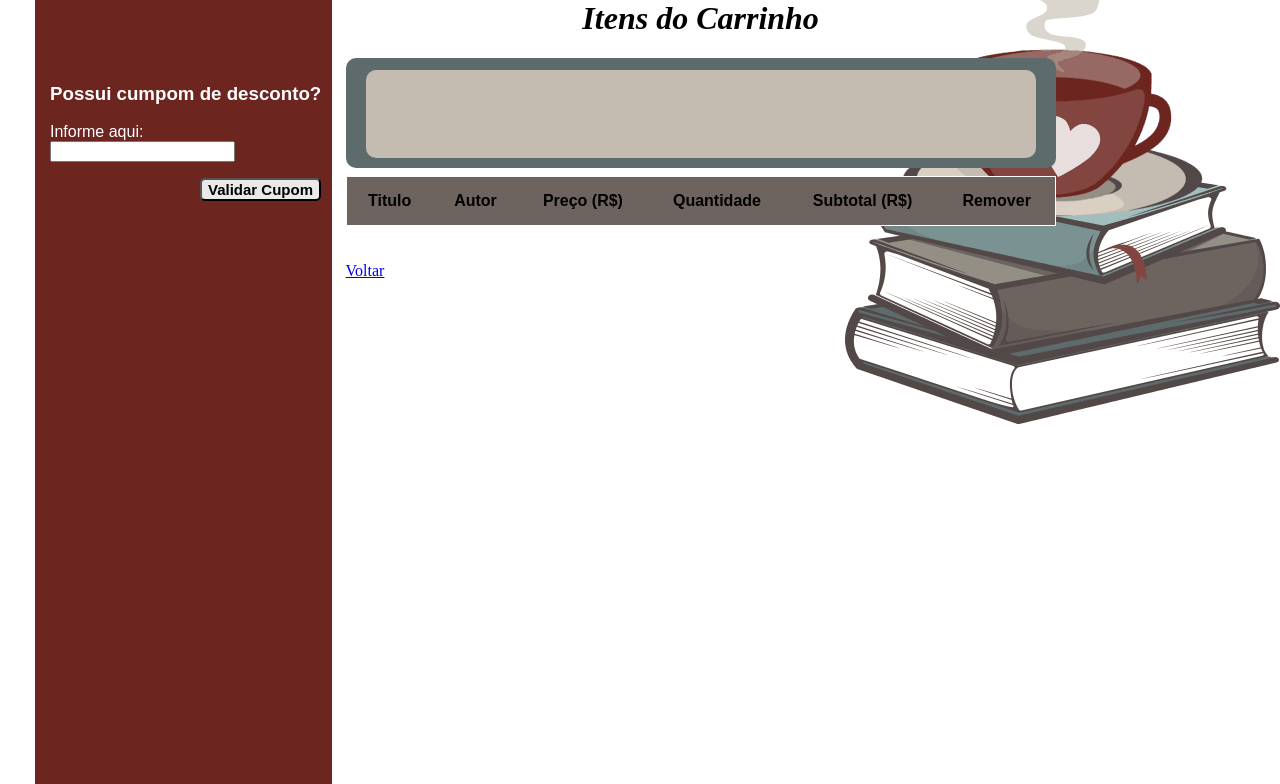
Repository: gabriellacrystina/ProjetoTegra
Page: http://localhost/book-store/meuCarrinho.jsp
The author's editor kept a copy of each file at every save. The page is drawn from the files as they stood at one save, then again after the next save.
The browser window is 1280 px wide. The pictures show the whole page.
The page is served by Tomcat 9. Nobody is signed in. The application's start-up code is not run. Other server files are loaded and not shown. The template is opened directly, without the code that normally fills it, so the values that code supplies are empty.

Above is the page before, as saved 2016-07-07 22:28:54.

### book-store/WebContent/meuCarrinho.jsp
<%@ page language="java" contentType="text/html; charset=ISO-8859-1"
    pageEncoding="ISO-8859-1"%>
<%@ page import="model.Item" %>
<%@ page import="java.util.ArrayList" %>
<%@ taglib uri="http://java.sun.com/jsp/jstl/core" prefix="c" %>

<!DOCTYPE html PUBLIC "-//W3C//DTD HTML 4.01 Transitional//EN" "http://www.w3.org/TR/html4/loose.dtd">
<html>
	<head>
		<meta http-equiv="Content-Type" content="text/html; charset=ISO-8859-1">
		<link rel="stylesheet" type="text/css" href="book-store-style.css">
		<title>Carrinho</title>
	</head>
	<body>
			<section class="desconto" >
				<h3>Possui cumpom de desconto?</h3>
				<p>Informe aqui: <input type="text" id="cupom" maxlength="15"></p>
				<button class="btn" type="submit">Validar Cupom</button>
			</section>

			<h1>Itens do Carrinho</h1>

			<div class="my-cart">
				<div class="carrinho">

				</div>
			</div>
			<table id="tbl-books">
			  <tr>
			    <th>Titulo</th>
			    <th>Autor</th>
			    <th>Preço (R$)</th>
			    <th>Quantidade</th>
			    <th>Subtotal (R$)</th>
			    <th>Remover</th>
			  </tr>
		  		<c:forEach var="item" items="${listaItens}">
		  			<tr class="livros">
						<td class="nome-livro">${item.getProduto().getTitulo()}</td>
						<td class="nome-autor">${item.getProduto().getAutor()}</td>
						<td class="preco">${item.getProduto().getPreco()}</td>
						<td class="quantidade">${item.getQuantidade()}</td>
						<td class="subtotal">${item.getSubtotal()}</td>
						<td>
							<form action="MeuCarrinho" method="post">
								<input type="hidden" name="id-livro" value="${item.getProduto().getId()}"/>
								<button class="btn btn-comprar" type="submit">Remover</button>
							</form>
						</td>
					</tr>
		  		</c:forEach>
			</table>
			<br>

			<br><a href="index.jsp">Voltar</a>
	</body>
</html>

### book-store/WebContent/book-store-style.css
@CHARSET "ISO-8859-1";

body {
	background-image: url("img/back.png");
	background-repeat: no-repeat;
	background-position: right top;
	background-attachment: initial;
    width: 710px;
    margin-top: 0px;
    margin-left: 27%;
	margin-right: auto;
}

h1 {
	font-style: oblique;
	text-align: center;
    color: #000000;
    margin-top: 0px;
    font-family: cursive;
}

h2{
	text-align: center;
	font-family: cursive;
    font-size: -webkit-xxx-large;
    color: #5D6B6C;
}

h5{
	color: #000000;
	font-size: x-large;
}

h4{
	color: #1b1919;
	text-align: center;
    font-size: x-large;
    font-family: cursive;

}

#tbl-books {
	width: 100%;
	font-family: "Arial", "Helvetica", sans-serif;
	border: 1px solid #ffffff;
    border-collapse: collapse;
}

#tbl-books tr:nth-child(even){
	background-color: #FFFFFF
}

#tbl-books tr:nth-child(odd){
	background-color: #6D6460;
}

th, td {
    padding: 15px;
    text-align: center;
}


.nome-livro{
	text-align: left;
}

.my-cart{
	width: 100%;
	height: 110px;
	border-radius: 10px;
    padding: 12px 20px;
    margin: 8px 0;
    box-sizing: border-box;
	background-color: #5D6B6C;
	margin-left: auto;
	margin-right: auto;
}
.cart{
	float: right;
	background-color: #c4bcb0;
	border-radius: 10px;
	padding-left: 10px;
	padding-bottom: 5px;
	margin-left: auto;
	margin-right: auto;
}

.carrinho{
	background-color: #c4bcb0;
	height: 90%;
	text-align: left;
	border-radius: 10px;
	padding-top: 10px;
	padding-left: 10px;
	padding-right: 10px;
	font: small-caption;
    font-weight: 700;
}

#lbl-meu-carrinho{
	font-size: 20px;
	font-weight: bold;
}

.btn {
	font-family: "Arial", "Helvetica", sans-serif;
	border-radius: 5px;
	font-size: 15px;
	font-weight: bold;
	margin-left: 150px;
	margin-right: 5px;
	background-color: #e9e9e9;
}

.btn-comprar{
	margin-left: 10%;
}

.btn-validarCumpom{
	margin-left: 60%;
}

.btn-concluirCompra{
	float: right;
	margin-top: -10px;
	margin-left: 70%;
}
.it-carrinho{
	margin-right: 150px;
}

.img-desconto{
	background-image: url("img/desconto.jpg");
	width: 10%;
	top:5px;
	left:20px;
	position:absolute;
}

#img-descricao{
	color: #ffffff;
	font-size: 10px;
}

h3, p{
	color: #ffffff;
	font-family: "Arial", "Helvetica", serif;
}

.desconto{
	margin-top: 0px;
	background-color: #6D2520;
	width: 22%;
	height: 100%;
	left:35px;
	text-align: left;
	padding-top: 5%;
	padding-left: 15px;
	position:absolute;
}

#img-desconto{
	padding-top: 20%;
	width: 100%;

}
.titulo-livro{
	font-size: larger;
}

After the next save:
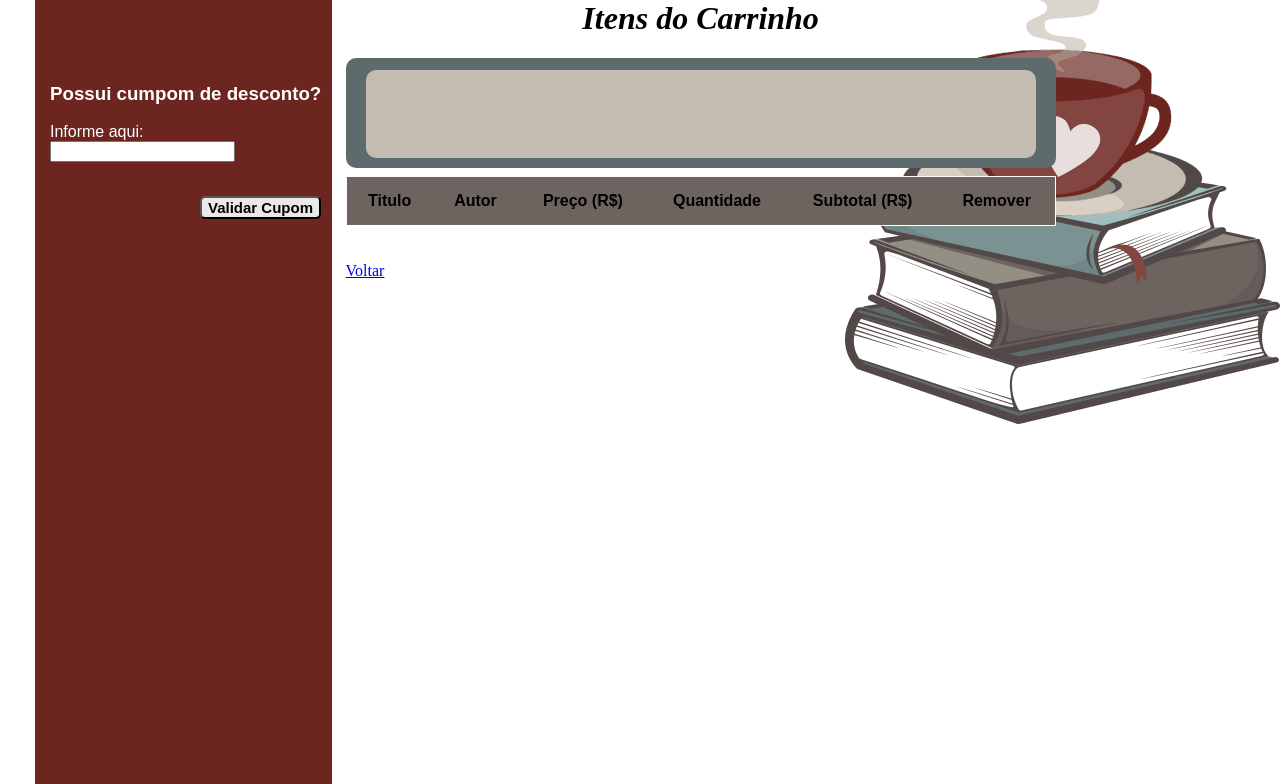
Saved 16 s later.
--- a/book-store/WebContent/meuCarrinho.jsp
+++ b/book-store/WebContent/meuCarrinho.jsp
@@ -14,7 +14,7 @@
 	<body>
 			<section class="desconto" >
 				<h3>Possui cumpom de desconto?</h3>
-				<p>Informe aqui: <input type="text" id="cupom" maxlength="15"></p>
+				<p>Informe aqui: <input type="text" id="cupom" maxlength="15"></p><br>
 				<button class="btn" type="submit">Validar Cupom</button>
 			</section>
 
